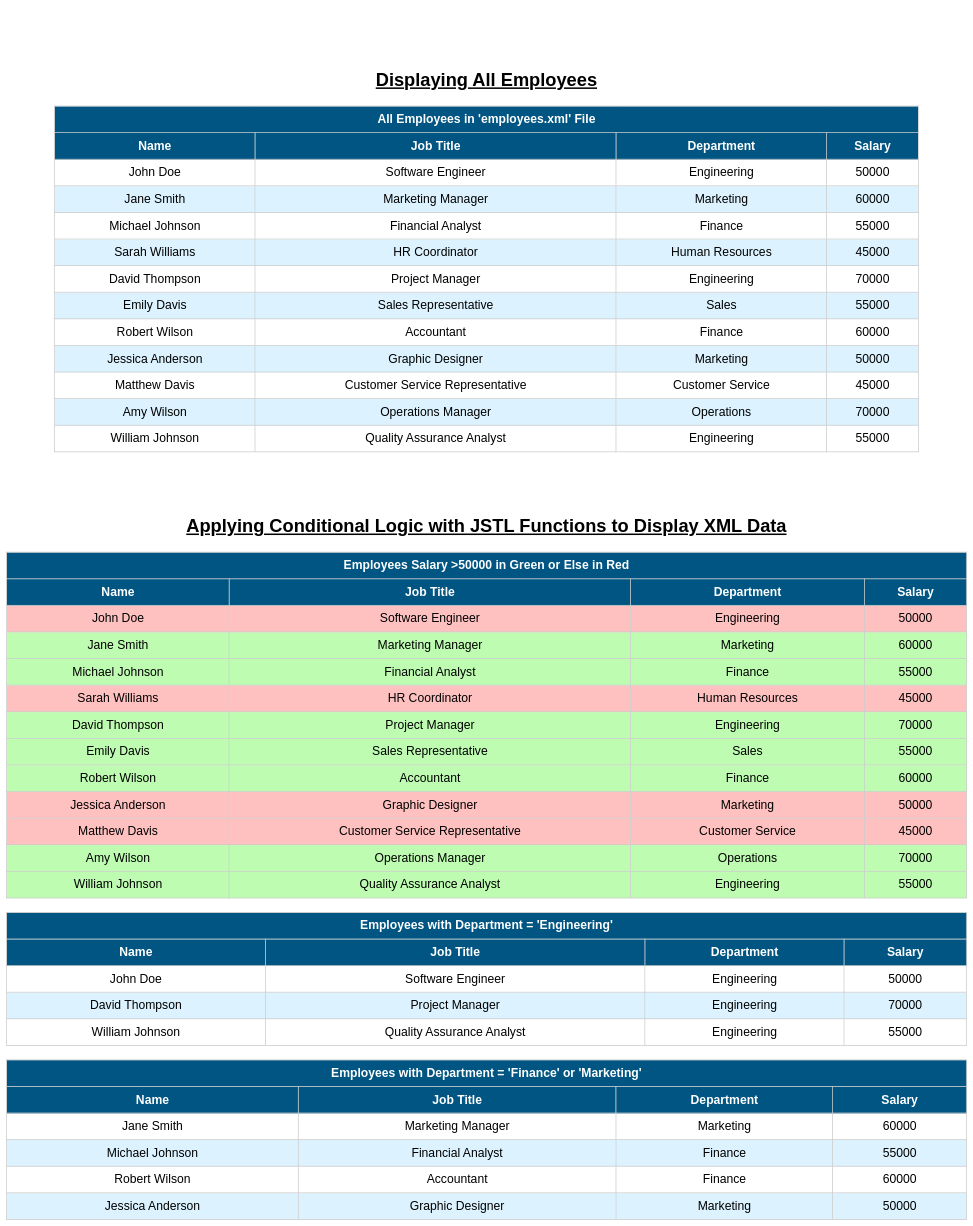
Repository: bkyncl/csd-430
Page: http://localhost/kyncl_mod9/
These files come from the project's save history. The page is drawn as it stood at one moment and after the next save; the edit follows.
The browser window is 1280 px wide. The pictures show the whole page, at 76% of full size.
The page is served by Tomcat 9.

Above is the page before, as saved 2023-07-05 06:54:37.

After the next save:
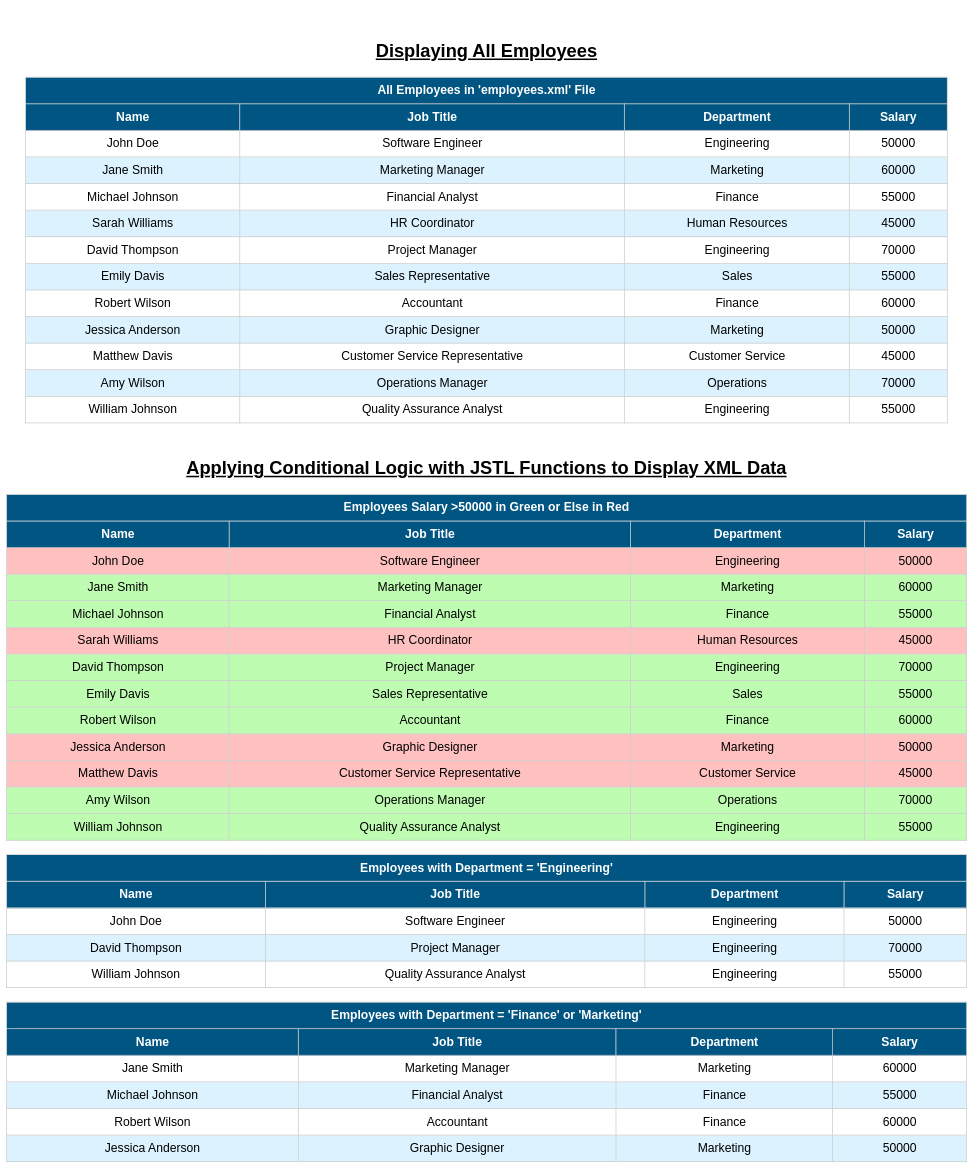
Saved 7 s later.
--- a/kyncl_mod9/src/main/webapp/styles.css
+++ b/kyncl_mod9/src/main/webapp/styles.css
@@ -9,7 +9,7 @@ body {
 }
 .left {
   flex: 1 1 50%;
-  padding: 5%;
+  padding: 2%;
 }
 
 .right {
